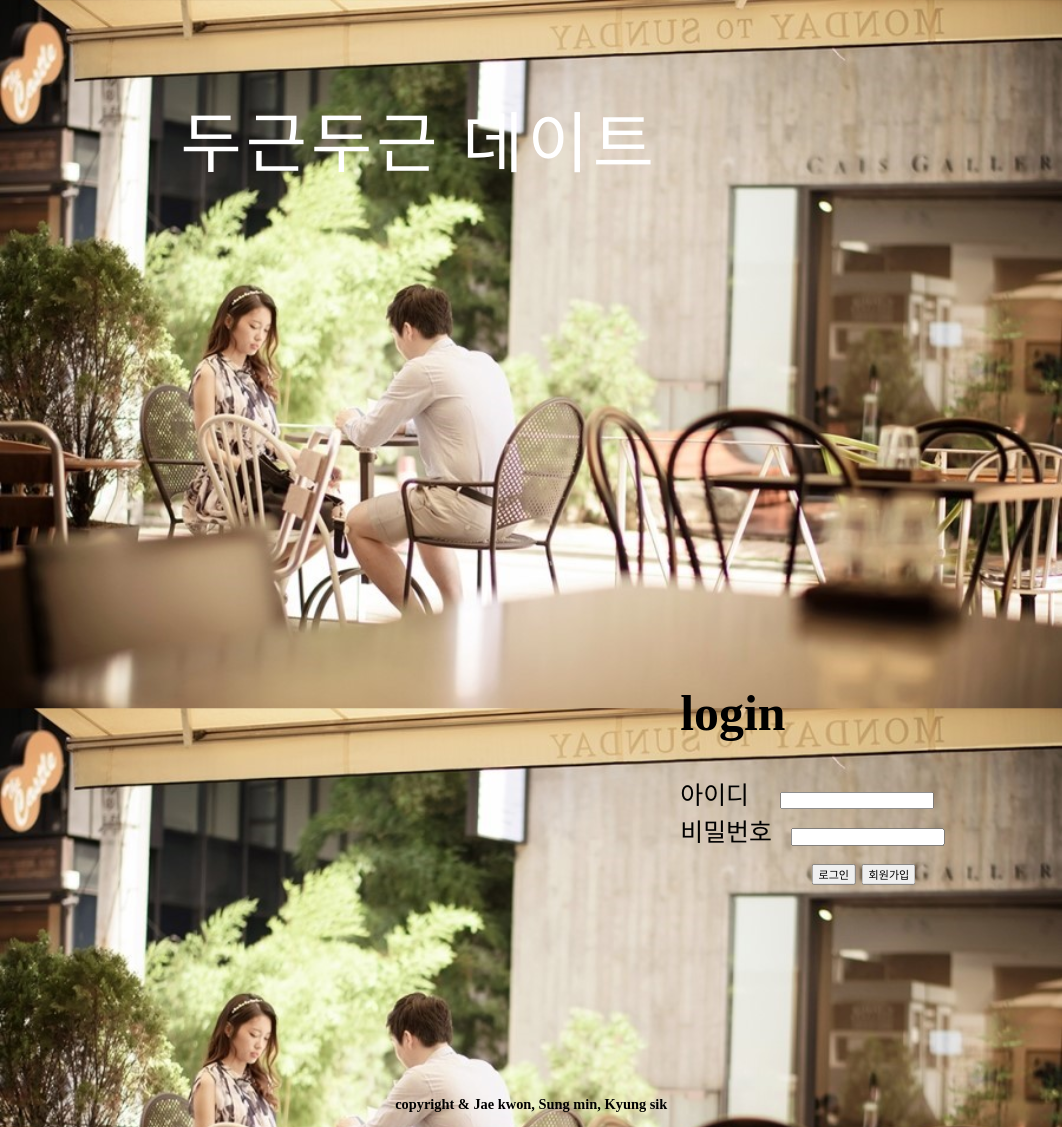
Repository: pinokio531/date_application
Page: http://localhost/doogeunDate/indexPage.jsp
The author's editor kept a copy of each file at every save. The page is drawn from the files as they stood at one save, then again after the next save.
The browser window is 1280 px wide. The pictures show the whole page, at 83% of full size.
Some web fonts or font styles are not loaded; a fallback is used. The page is served by Tomcat 9.

Above is the page before, as saved 2019-06-04 09:59:38.

After the next save:
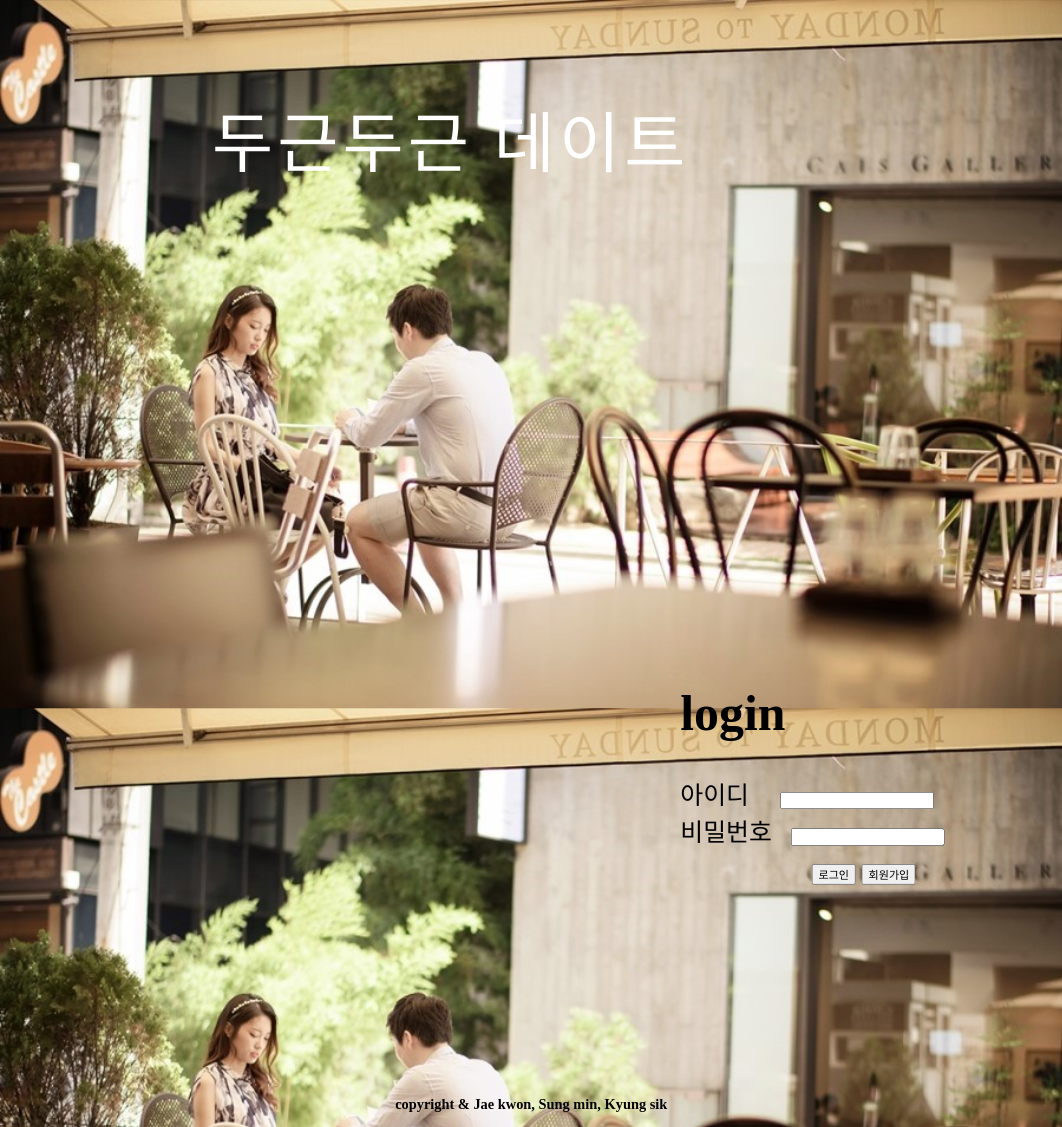
Saved 4 s later.
--- a/doogeunDate/WebContent/style/index.css
+++ b/doogeunDate/WebContent/style/index.css
@@ -4,7 +4,7 @@ body{
 }
 
 #header{
-    margin-left: 15%;
+    margin-left: 18%;
     padding: 20px;
     font-family: 'Nanum Brush Script', cursive;
     font-size: 60pt;
